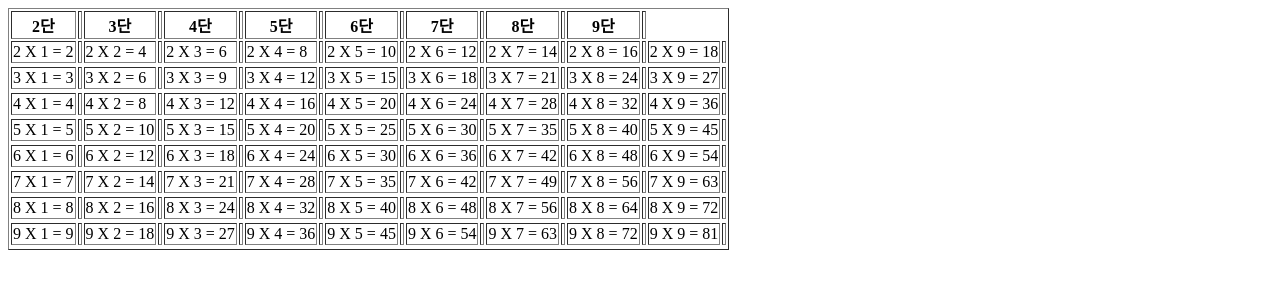
Repository: kkw3202/Jsp2026
Page: http://localhost/chapter01/example_gugudan.jsp
The author's editor kept a copy of each file at every save. The page is drawn from the files as they stood at one save, then again after the next save.
The browser window is 1280 px wide. The pictures show the whole page.
The page is served by Tomcat 9.

Above is the page before, as saved 2026-10-16 03:21:00.

After the next save:
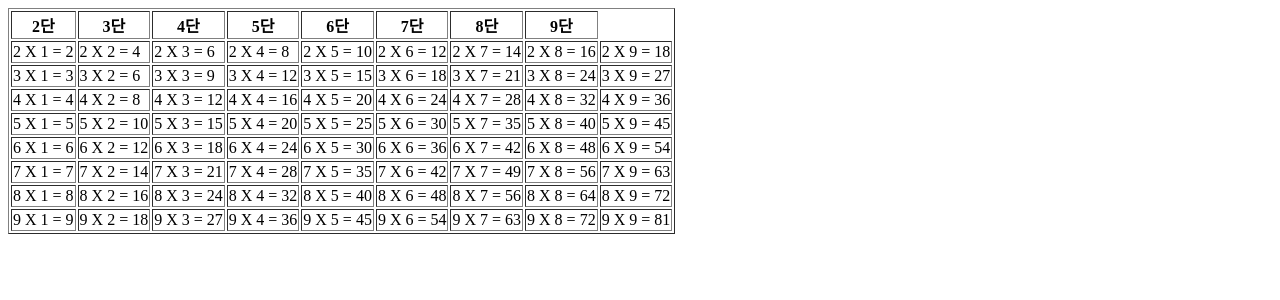
Saved 9 s later.
--- a/chapter01/src/main/webapp/example_gugudan.jsp
+++ b/chapter01/src/main/webapp/example_gugudan.jsp
@@ -12,7 +12,7 @@
 			<tr>
 				<%
 					for(int i = 2; i<10; i++){
-						out.print("<th>" + i + "단<th/>");
+						out.print("<th>" + i + "단</th>");
 					}
 
 				%>
@@ -23,9 +23,9 @@
 				for (int i = 2; i < 10; i++) {
 					out.print("<tr>");
 					for (int j = 1; j < 10; j++){
-						out.print("<td>" + i + " X " + j + " = " + i*j + "<td/>");
+						out.print("<td>" + i + " X " + j + " = " + i*j + "</td>");
 					}
-					out.print("<tr/>");
+					out.print("</tr>");
 				}
 			%>
 		</tbody>
